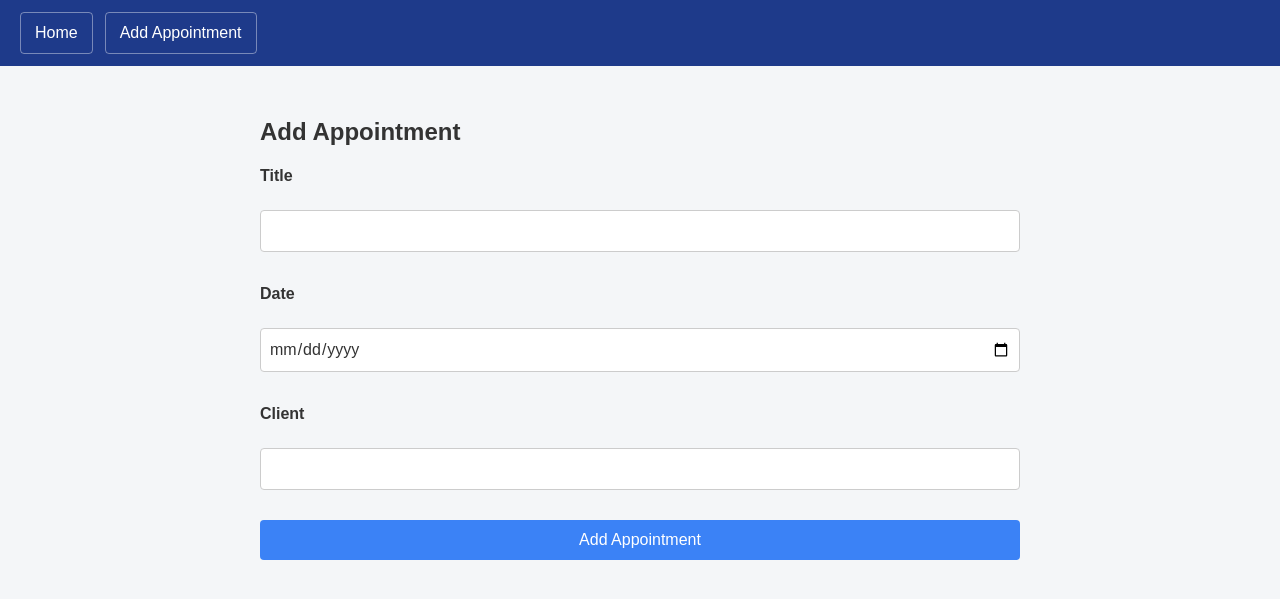
Repository: kumeil99/Appointment-Manager
Page: /create
The author's editor kept a copy of each file at every save. The page is drawn from the files as they stood at one save, then again after the next save.
The browser window is 1280 px wide. The pictures show the whole page.
The page's requests for data from a server got no answer. The project was rebuilt for these pictures with package versions that can differ from the ones it lists, and the page was loaded fresh each time. No one was signed in, and anything a server would have sent is missing. Also part of the build but not shown: src/pages/Home.js.

Above is the page before, as saved 2025-12-14 18:19:41.

After the next save:
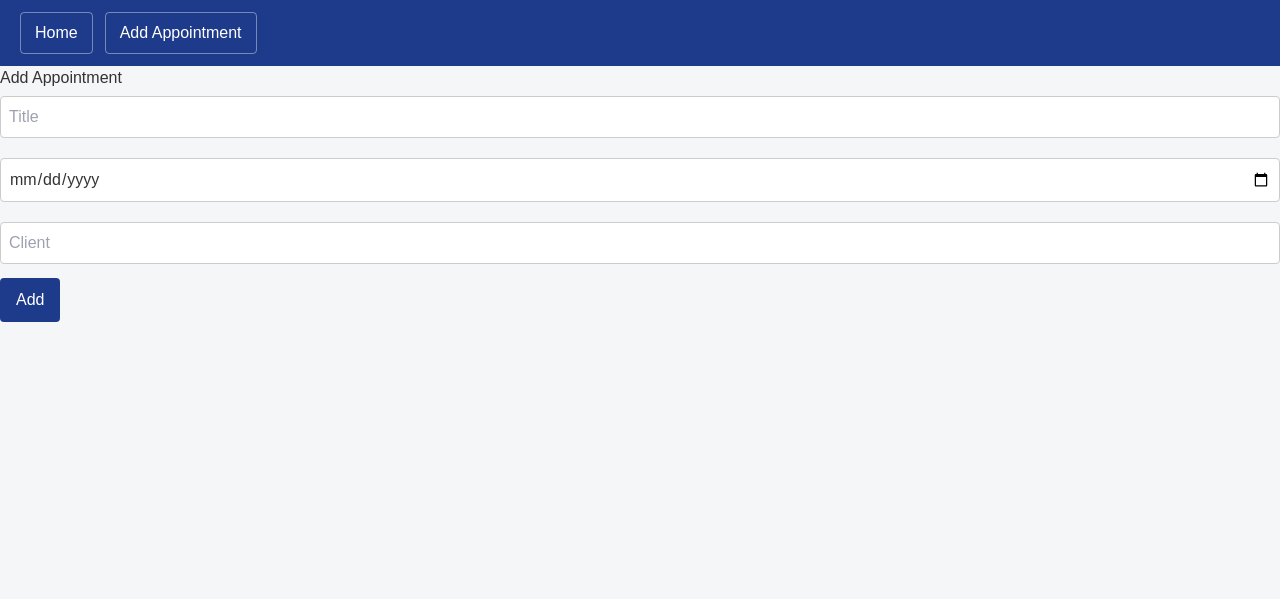
Saved 24 s later.
--- a/src/pages/CreateAppointment.js
+++ b/src/pages/CreateAppointment.js
@@ -15,56 +15,19 @@ const CreateAppointment = () => {
     e.preventDefault();
     setSaving(true);
 
-    await addAppointment({
-      id: Date.now(),
-      title,
-      date,
-      client,
-    });
+    await addAppointment({ title, date, client });
 
-    setSaving(false);
-    navigate("/"); // redirect to Home
+    navigate("/");
   };
 
   return (
-    <div className="container mx-auto max-w-md p-4">
-      <h2 className="text-2xl font-bold mb-4">Add Appointment</h2>
-
-      <form onSubmit={handleSubmit} className="flex flex-col gap-4">
-        <label>Title</label>
-        <input
-          type="text"
-          required
-          value={title}
-          onChange={(e) => setTitle(e.target.value)}
-          className="border p-2 rounded"
-        />
-
-        <label>Date</label>
-        <input
-          type="date"
-          required
-          value={date}
-          onChange={(e) => setDate(e.target.value)}
-          className="border p-2 rounded"
-        />
-
-        <label>Client</label>
-        <input
-          type="text"
-          required
-          value={client}
-          onChange={(e) => setClient(e.target.value)}
-          className="border p-2 rounded"
-        />
-
-        <button
-          type="submit"
-          disabled={saving}
-          className="bg-blue-500 text-white p-2 rounded hover:bg-blue-600"
-        >
-          {saving ? "Saving..." : "Add Appointment"}
-        </button>
+    <div>
+      <h2>Add Appointment</h2>
+      <form onSubmit={handleSubmit}>
+        <input placeholder="Title" value={title} onChange={e => setTitle(e.target.value)} />
+        <input type="date" value={date} onChange={e => setDate(e.target.value)} />
+        <input placeholder="Client" value={client} onChange={e => setClient(e.target.value)} />
+        <button disabled={saving}>{saving ? "Saving..." : "Add"}</button>
       </form>
     </div>
   );
